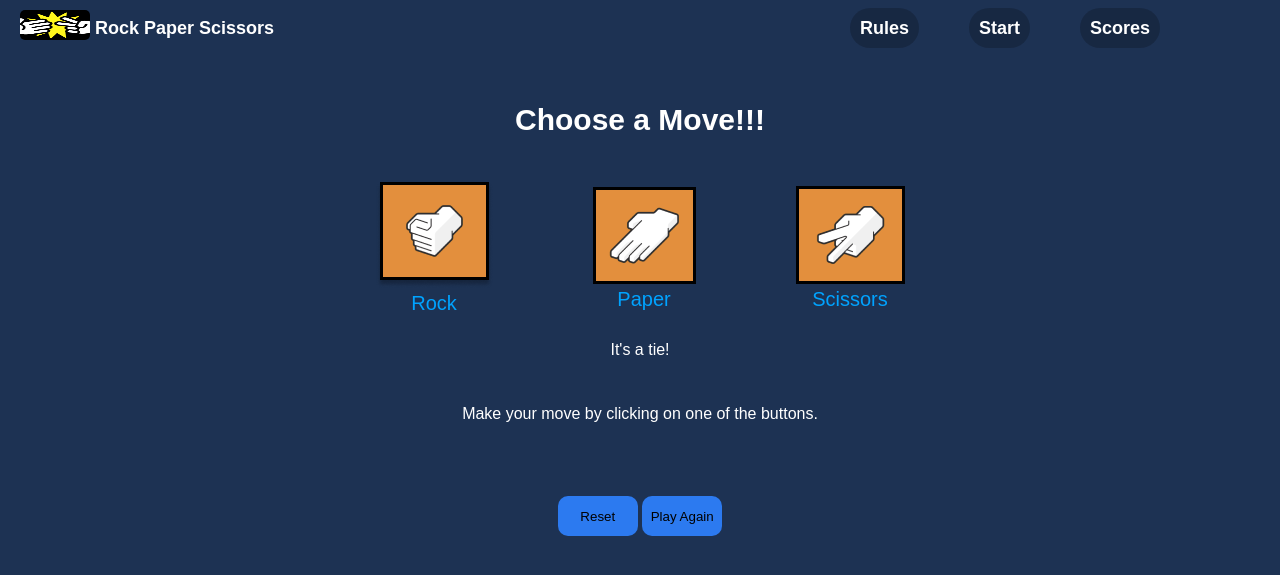
Repository: MikkyPrestige/rock-paper-scissors
Page: game.html
These files come from the project's save history. The page is drawn as it stood at one moment and after the next save; the edit follows.
The browser window is 1280 px wide. The pictures show the whole page.
After loading, the first visible `#rock` was clicked once.

Above is the page before, as saved 2023-05-13 03:07:28.

After the next save:
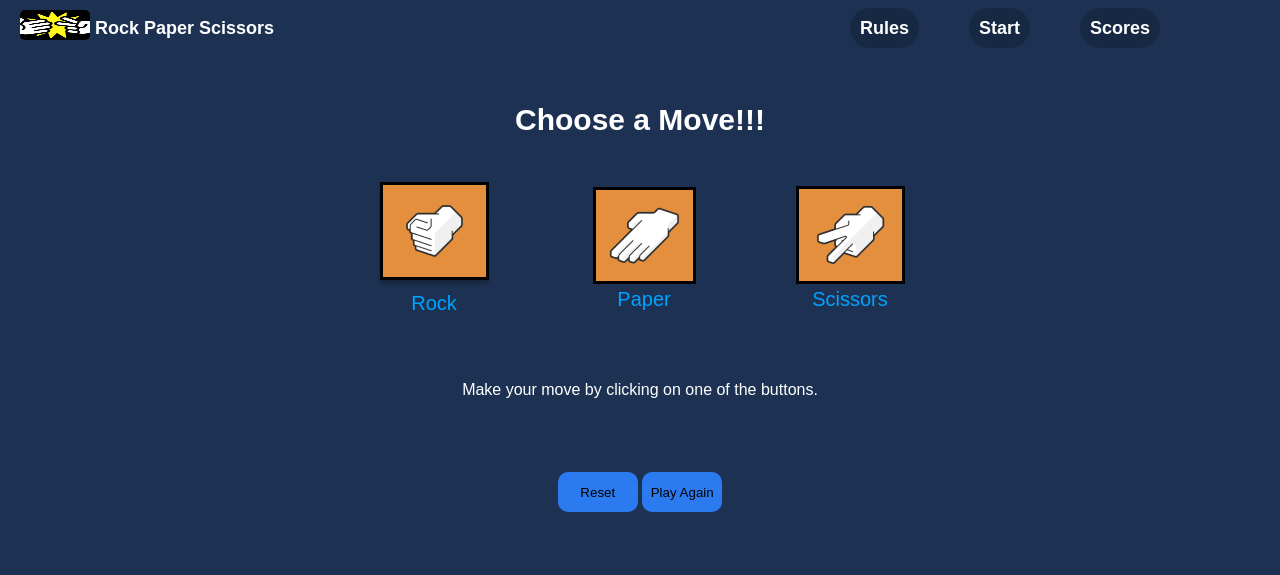
Saved 2 min 12 s later.
--- a/script.js
+++ b/script.js
@@ -27,17 +27,17 @@ function playGame() {
     const computerSelection = computerPlay();
     let roundResult;
 
-    if (playerSelection === computerSelection) {
-      roundResult = "It's a tie!";
-    } else if ((playerSelection === 'rock' && computerSelection === 'scissors') ||
-               (playerSelection === 'paper' && computerSelection === 'rock') ||
-               (playerSelection === 'scissors' && computerSelection === 'paper')) {
-      playerScore++;
-      roundResult = `You win! ${playerSelection} beats ${computerSelection}.`;
-    } else {
-      computerScore++;
-      roundResult = `You lose! ${computerSelection} beats ${playerSelection}.`;
-    }
+    // if (playerSelection === computerSelection) {
+    //   roundResult = "It's a tie!";
+    // } else if ((playerSelection === 'rock' && computerSelection === 'scissors') ||
+    //            (playerSelection === 'paper' && computerSelection === 'rock') ||
+    //            (playerSelection === 'scissors' && computerSelection === 'paper')) {
+    //   playerScore++;
+    //   roundResult = `You win! ${playerSelection} beats ${computerSelection}.`;
+    // } else {
+    //   computerScore++;
+    //   roundResult = `You lose! ${computerSelection} beats ${playerSelection}.`;
+    // }
 
     // update result display
     resultDisplay.textContent = roundResult;
